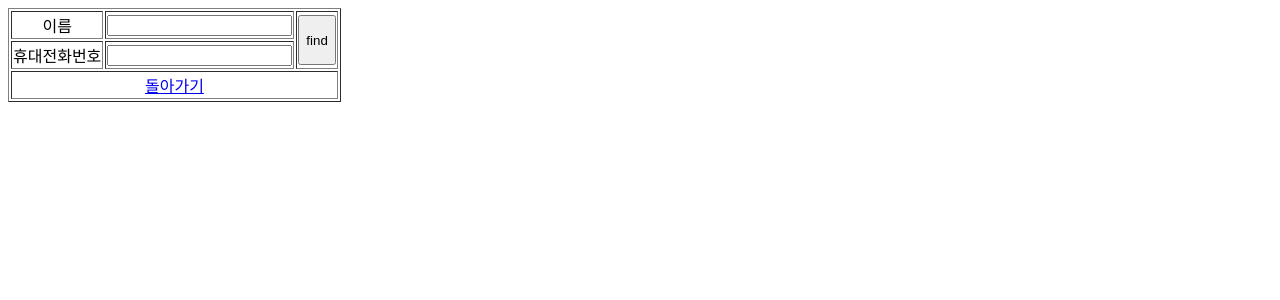
Repository: wake45/Web_Programming_Project
Page: Web_기말프로젝트_20145150_이상욱/WebP/WebContent/findId.html
These files come from the project's save history. The page is drawn as it stood at one moment and after the next save; the edit follows.
The browser window is 1280 px wide. The pictures show the whole page.

Above is the page before, as saved 2018-06-15 04:13:46.

After the next save:
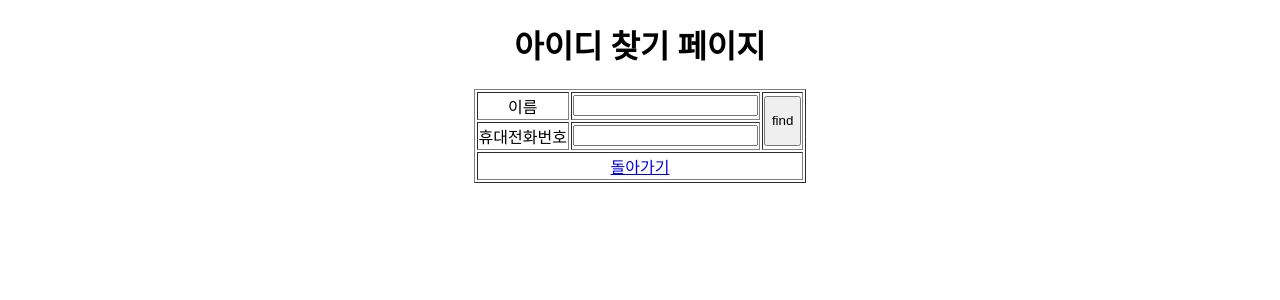
Saved 97 s later.
--- a/Web_기말프로젝트_20145150_이상욱/WebP/WebContent/findId.html
+++ b/Web_기말프로젝트_20145150_이상욱/WebP/WebContent/findId.html
@@ -5,6 +5,9 @@
 <title>Insert title here</title>
 </head>
 <body>
+<form method=post action=findId.jsp>
+<center>
+<h1>아이디 찾기 페이지</h1>
 	<table border=collapse>
 		<tr>
 			<td align="center">이름
@@ -18,5 +21,7 @@
 	<a href="login.html">돌아가기</a>
 	</tr>
 	</table>
+</center>
+</form>
 </body>
 </html>
